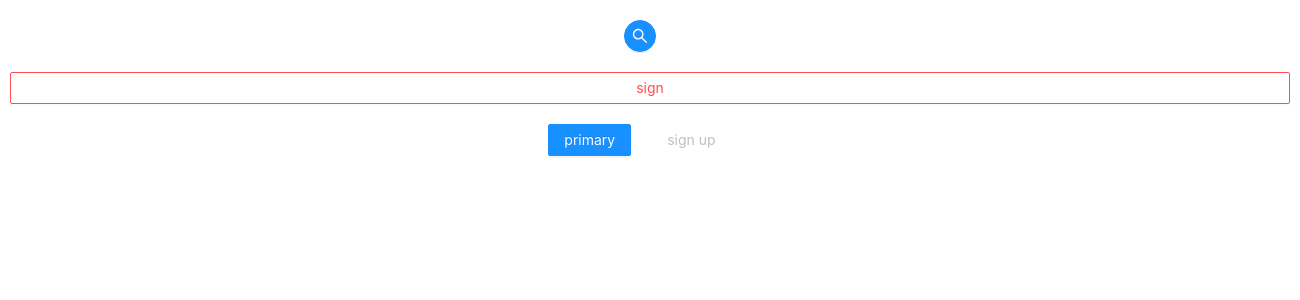
Repository: ErosHai/antd-demo
Page: /
An editor plug-in stored every save of this project. The page is shown before and after the next save, followed by the edit.
The browser window is 1280 px wide. The page is 1300 px wide, so the pictures cover 1300 px, including what lies to the right of the window. The pictures show the whole page.
The project was rebuilt for these pictures with package versions that can differ from the ones it lists, and the page was loaded fresh each time.

Above is the page before, as saved 2022-04-12 14:07:45.

After the next save:
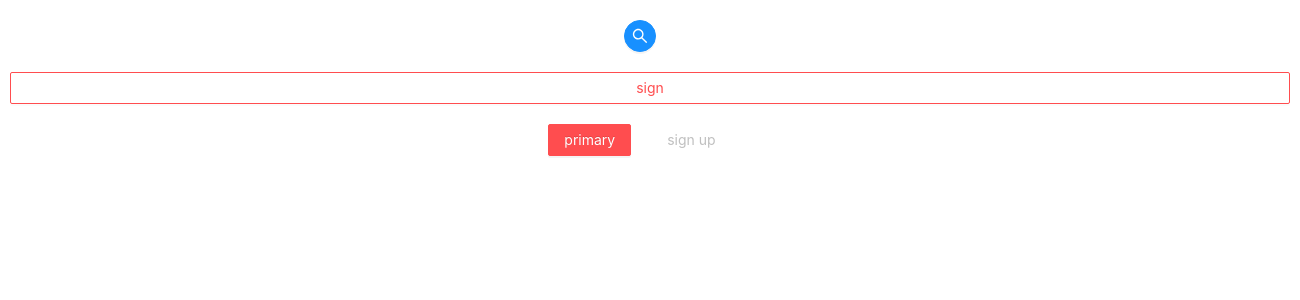
Saved 11 s later.
--- a/src/App.js
+++ b/src/App.js
@@ -15,7 +15,9 @@ function App() {
 			<Button type="default" block ghost danger>
 				sign
 			</Button>
-			<Button type="primary">primary</Button>
+			<Button type="primary" danger>
+				primary
+			</Button>
 			<Button type="text" disabled>
 				sign up
 			</Button>
